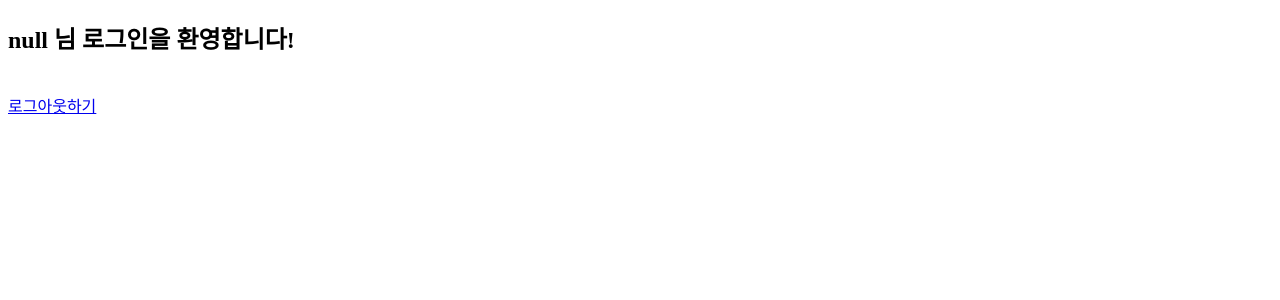
Repository: Andante8989/jsp_practice
Page: http://localhost/JSPBasic/jspobject/session/session_login_ok.jsp
These files come from the project's save history. The page is drawn as it stood at one moment and after the next save; the edit follows.
The browser window is 1280 px wide. The pictures show the whole page.
The page is served by Tomcat 9.

Above is the page before, as saved 2022-03-30 09:07:53.

After the next save:
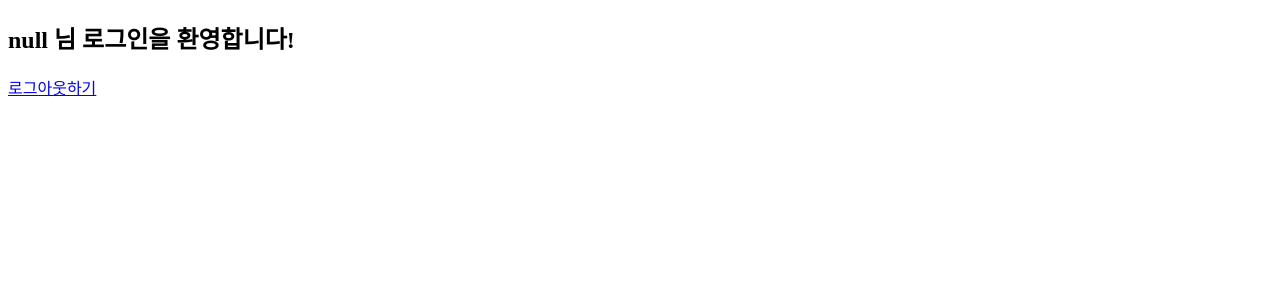
Saved 27 s later.
--- a/JSPBasic/src/main/webapp/jspobject/session/session_login_ok.jsp
+++ b/JSPBasic/src/main/webapp/jspobject/session/session_login_ok.jsp
@@ -11,7 +11,7 @@
 <title>Insert title here</title>
 </head>
 <body>
- 		<h2><%=id %> 님 로그인을 환영합니다!</h2> <br/>
+ 		<h2><%=id %> 님 로그인을 환영합니다!</h2>
  		<a href="session_login_form.jsp">로그아웃하기</a>
 </body>
 </html>
